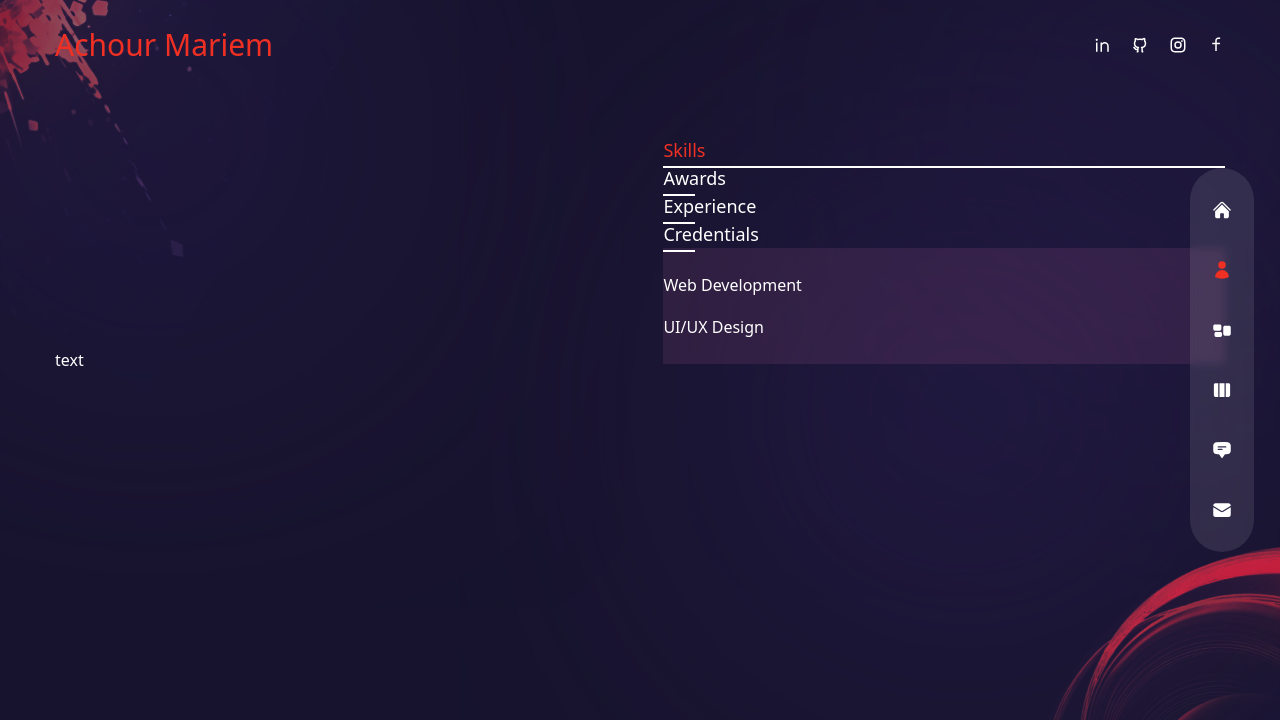
Repository: AchourMaryem/My-personal-portfolio
Page: /about
The author's editor kept a copy of each file at every save. The page is drawn from the files as they stood at one save, then again after a run of saves.
The browser window is 1280 px wide. The pictures show the whole page.
The project was rebuilt for these pictures with package versions that can differ from the ones it lists, and the page was loaded fresh each time. The framework's server and built-in components were replaced by stand-ins that run in the browser. Also part of the build but not shown: next.config.js.

Above is the page before, as saved 2023-09-22 02:16:33.

After the next 2 saves:
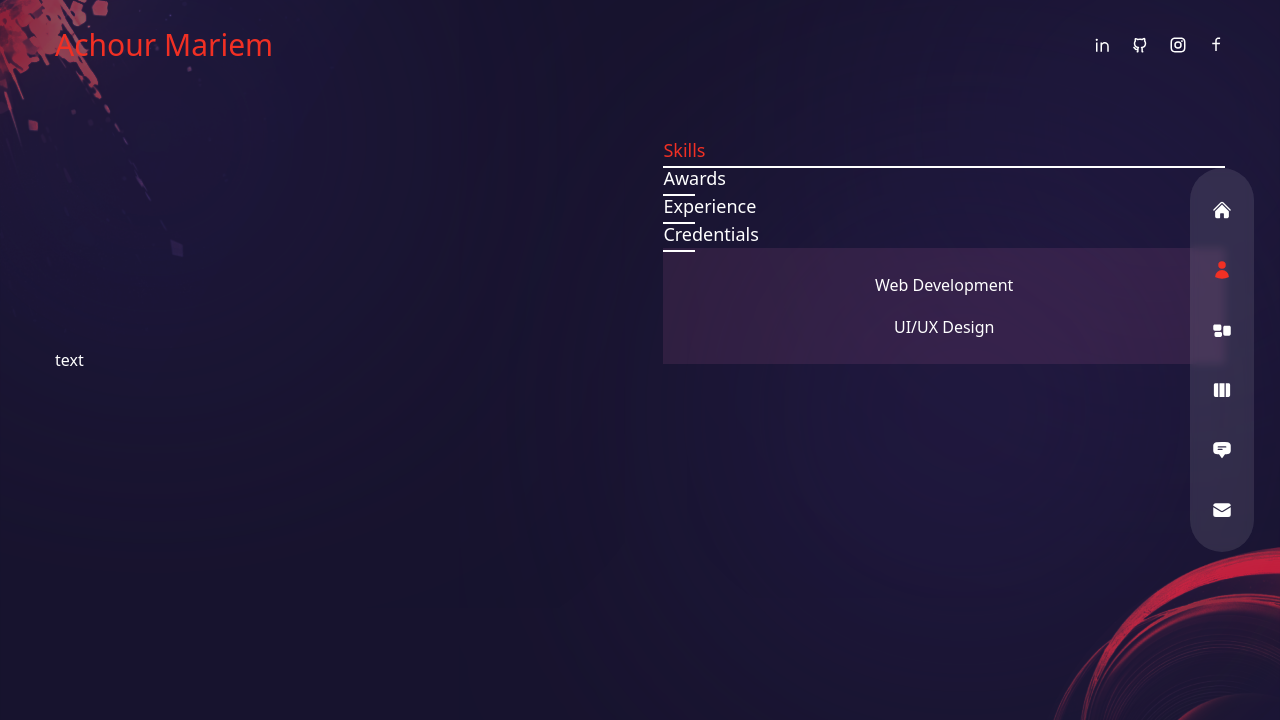
The 2 saves are shown as one change because they came seconds apart.
The last was saved 19 s later.
--- a/pages/about/index.js
+++ b/pages/about/index.js
@@ -126,7 +126,7 @@
             );
           })}
         </div>
-        <div className='bg-pink-400/10 py-2 xl:py-6 flex flex-col gap-y-2 xl:gap-y-4'>
+        <div className='bg-pink-400/10 py-2 xl:py-6 flex flex-col gap-y-2 xl:gap-y-4 items-center xl:ite'>
   {aboutData[index].info.map((item, itemIndex) => {
     return (
       <div key={itemIndex}>

After the save that followed:
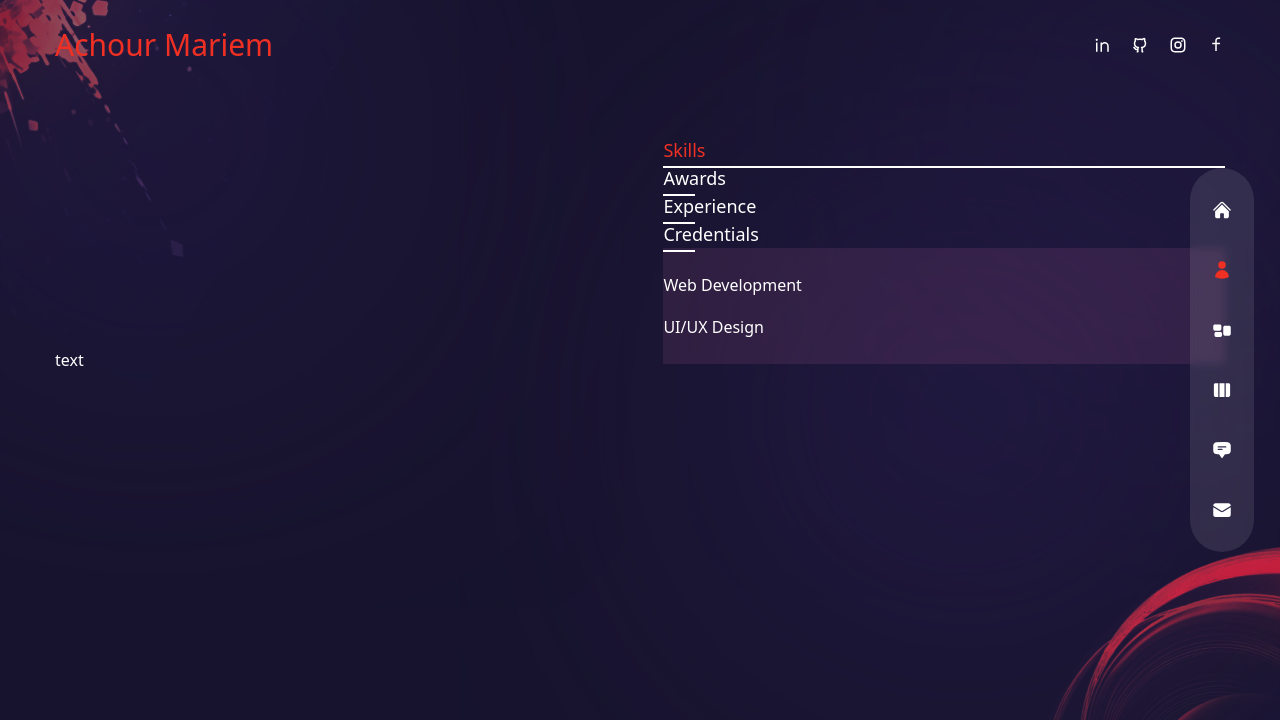
Saved 5 s later.
--- a/pages/about/index.js
+++ b/pages/about/index.js
@@ -126,7 +126,7 @@
             );
           })}
         </div>
-        <div className='bg-pink-400/10 py-2 xl:py-6 flex flex-col gap-y-2 xl:gap-y-4 items-center xl:ite'>
+        <div className='bg-pink-400/10 py-2 xl:py-6 flex flex-col gap-y-2 xl:gap-y-4 items-center xl:items-start'>
   {aboutData[index].info.map((item, itemIndex) => {
     return (
       <div key={itemIndex}>
